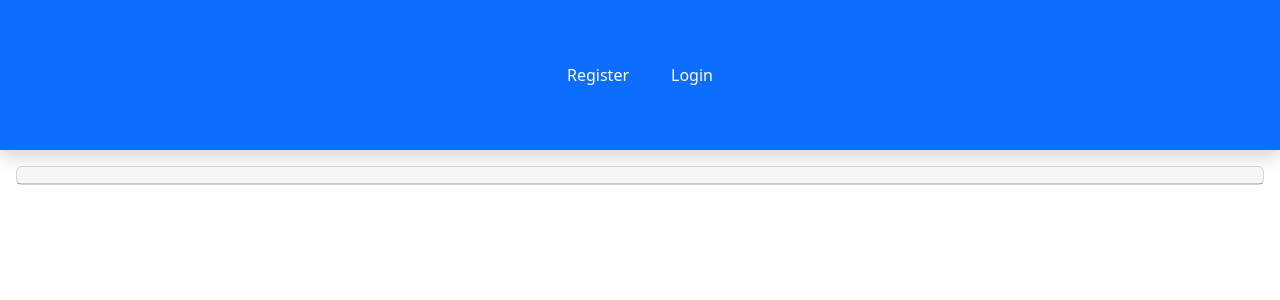
Repository: loveleii/firebase-login-logout
Page: /
These files come from the project's save history. The page is drawn as it stood at one moment and after the next save; the edit follows.
The browser window is 1280 px wide. The pictures show the whole page.
The project was rebuilt for these pictures with package versions that can differ from the ones it lists, and the page was loaded fresh each time. Also part of the build but not shown: vite.config.ts, src/views/loginView.vue, src/assets/main.css.

Above is the page before, as saved 2023-03-04 19:30:49.

After the next save:
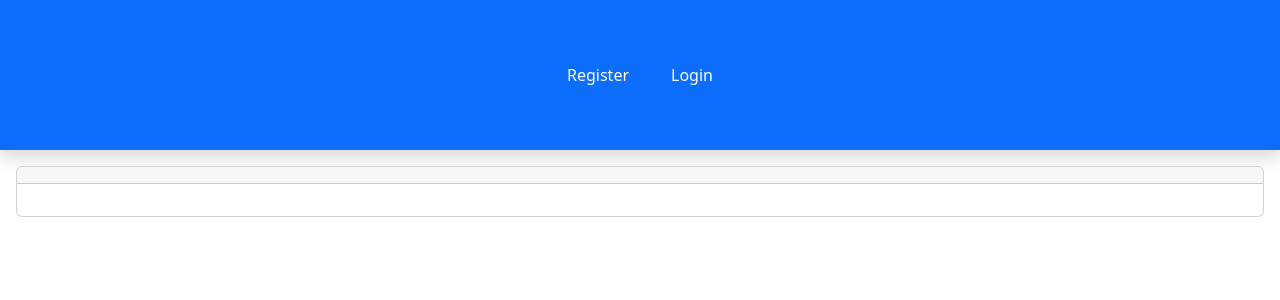
Saved 5 s later.
--- a/src/views/registerView.vue
+++ b/src/views/registerView.vue
@@ -3,7 +3,9 @@
         <div class="card-header">
 
         </div>
+        <div class="card-body">
 
+        </div>
     </div>
 </template>
 
